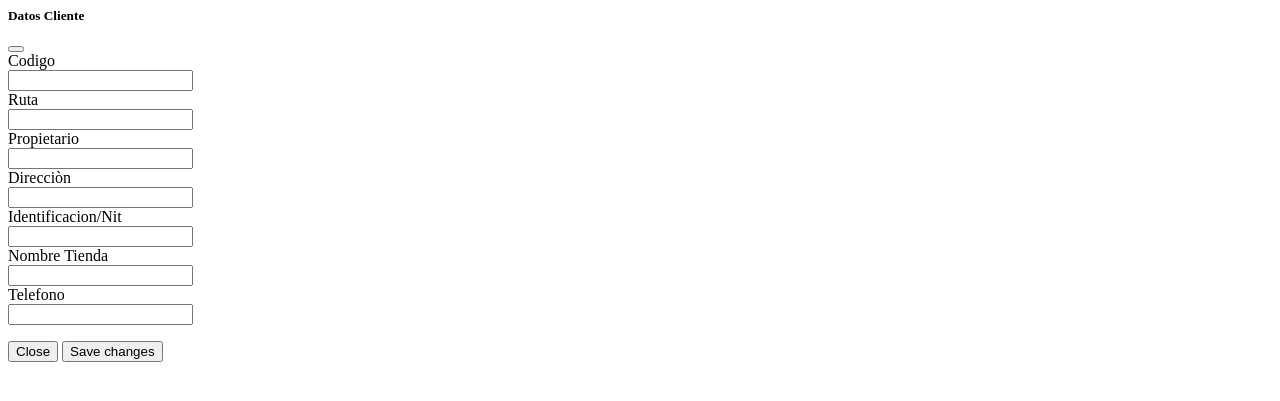
Repository: LucasVillegas/app-admin
Page: http://localhost/app-movil/resources/views/pages/includes/modal-cliente.php
The author's editor kept a copy of each file at every save. The page is drawn from the files as they stood at one save, then again after the next save.
The browser window is 1280 px wide. The pictures show the whole page.
The page is run by PHP 8.4 with error messages shown; the project is at /var/www/html/.

Above is the page before, as saved 2022-06-13 14:59:16.

### resources/views/pages/includes/modal-cliente.php
<!-- Modal Dialog Scrollable -->
<!-- <button type="button" class="btn btn-primary" data-bs-toggle="modal" data-bs-target="#modalDialogScrollable">
    Modal Dialog Scrollable
</button> -->
<div class="modal fade" id="modalDialogScrollable" tabindex="-1">
    <div class="modal-dialog modal-dialog-scrollable">
        <div class="modal-content">
            <div class="modal-header">
                <h5 class="modal-title">Datos Cliente</h5>
                <button type="button" class="btn-close" data-bs-dismiss="modal" aria-label="Close"></button>
            </div>
            <div class="modal-body">
                <!-- General Form Elements -->
                <form>
                    <div class="row mb-2">
                        <label for="inputText" class="col-sm-2 col-form-label">Codigo</label>
                        <div class="col-sm-10">
                            <input type="text" class="form-control">
                        </div>
                    </div>
                    <div class="row mb-2">
                        <label for="inputEmail" class="col-sm-2 col-form-label">Ruta</label>
                        <div class="col-sm-10">
                            <input type="email" class="form-control">
                        </div>
                    </div>
                    <div class="row mb-2">
                        <label for="inputPassword" class="col-sm-2 col-form-label">Propietario</label>
                        <div class="col-sm-10">
                            <input type="password" class="form-control">
                        </div>
                    </div>
                    <div class="row mb-2">
                        <label for="inputNumber" class="col-sm-2 col-form-label">Direcci&ograve;n</label>
                        <div class="col-sm-10">
                            <input type="number" class="form-control">
                        </div>
                    </div>
                    <div class="row mb-2">
                        <label for="inputNumber" class="col-sm-2 col-form-label">Identificacion/Nit</label>
                        <div class="col-sm-10">
                            <input type="number" class="form-control">
                        </div>
                    </div>
                    <div class="row mb-2">
                        <label for="inputNumber" class="col-sm-2 col-form-label">Nombre Tienda</label>
                        <div class="col-sm-10">
                            <input type="number" class="form-control">
                        </div>
                    </div>
                    <div class="row mb-2">
                        <label for="inputNumber" class="col-sm-2 col-form-label">Telefono</label>
                        <div class="col-sm-10">
                            <input type="number" class="form-control">
                        </div>
                    </div>
                </form>
                <!-- End General Form Elements -->
            </div>
            <div class="modal-footer">
                <button type="button" class="btn btn-secondary btn-sm" data-bs-dismiss="modal">Close</button>
                <button type="button" class="btn btn-primary btn-sm">Save changes</button>
            </div>
        </div>
    </div>
</div>
<!-- End Modal Dialog Scrollable-->

After the next save:
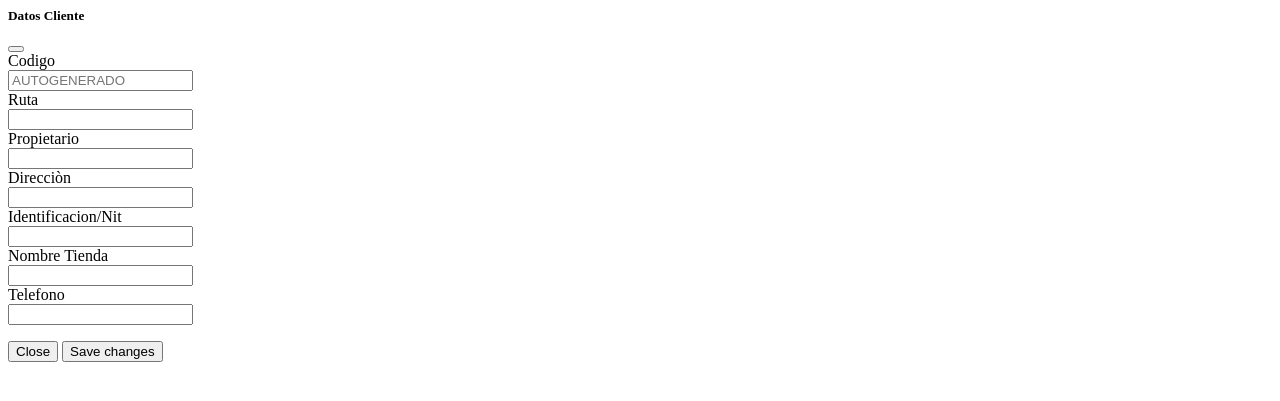
Saved 44 s later.
--- a/resources/views/pages/includes/modal-cliente.php
+++ b/resources/views/pages/includes/modal-cliente.php
@@ -15,7 +15,8 @@
                     <div class="row mb-2">
                         <label for="inputText" class="col-sm-2 col-form-label">Codigo</label>
                         <div class="col-sm-10">
-                            <input type="text" class="form-control">
+                            <input type="text" class="form-control" readonly id="codigo" name="codigo"
+                                placeholder="AUTOGENERADO">
                         </div>
                     </div>
                     <div class="row mb-2">
